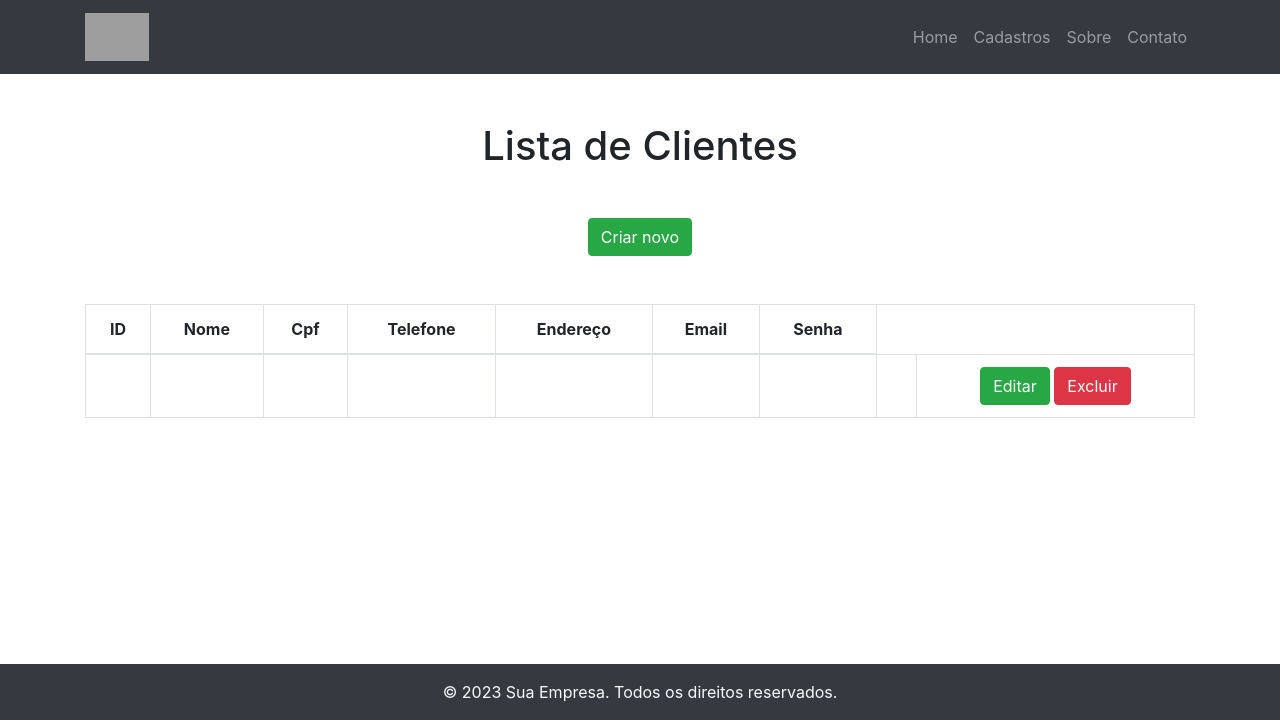
Repository: marcelledssantos/PotterTravel-MVC
Page: http://localhost/PotterTravel-MVC/ReadController
These files come from the project's save history. The page is drawn as it stood at one moment and after the next save; the edit follows.
The browser window is 1280 px wide. The pictures show the whole page.
Pictures or frames that could not be fetched are drawn as grey boxes. Some web libraries are served in a nearby version. The page is served by Tomcat 9. Other server files are loaded and not shown. Queries for data that is not in the repository find no rows.

Above is the page before, as saved 2023-10-31 21:02:24.

### PotterTravel-MVC/src/main/webapp/clientes.jsp
<%@ page language="java" contentType="text/html; charset=UTF-8"
	pageEncoding="UTF-8"%>

	<%@ taglib prefix="c" uri="http://java.sun.com/jsp/jstl/core"%>

<!DOCTYPE html>
<html>
<head>
<meta charset="UTF-8">
<title>Read and Delete</title>
<!-- Inclua o link para o Bootstrap via CDN -->
<link rel="icon" type="image/x-icon" href="./icon/favicon.ico">
<link rel="stylesheet"
	href="https://maxcdn.bootstrapcdn.com/bootstrap/4.5.2/css/bootstrap.min.css">
</head>
<body class="text-center">
    <!-- Cabeçalho -->
    <header>
        <nav class="navbar navbar-expand-lg navbar-dark bg-dark text-light">
            <div class="container">
                <a class="navbar-brand" href="#"><img src="./icon/samurai.png" height="48px"/> </a>
                <button class="navbar-toggler" type="button" data-toggle="collapse" data-target="#navbarNav" aria-controls="navbarNav" aria-expanded="false" aria-label="Toggle navigation">
                    <span class="navbar-toggler-icon"></span>
                </button>
                <div class="collapse navbar-collapse" id="navbarNav">
                    <ul class="navbar-nav ml-auto">
                        <li class="nav-item">
                            <a class="nav-link" href="./index.html">Home</a>
                        </li>
                        <li class="nav-item">
                            <a class="nav-link" href="./ReadController">Cadastros</a>
                        </li>
                        <li class="nav-item">
                            <a class="nav-link" href="#sobre">Sobre</a>
                        </li>
                        <li class="nav-item">
                            <a class="nav-link" href="#contato">Contato</a>
                        </li>
                    </ul>
                </div>
            </div>
        </nav>
    </header>
	<h1 class="mt-5">Lista de Clientes</h1>
	<div class="container mt-5">
	<a href="./Cadastro.jsp" class="btn btn-success mb-5">Criar novo</a>
		<table class="table table-bordered">
			<thead>
				<tr>
					<th>ID</th>
					<th>Nome</th>
					<th>Cpf</th>
					<th>Telefone</th>
					<th>Endereço</th>
					<th>Email</th>
					<th>Senha</th>
				</tr>
			</thead>
			<tbody>
				<jstl:forEach items="${clientes}" var="cliente">
					<tr>
						<td>${cliente.id}</td>
						<td>${cliente.nome}</td>
						<td>${cliente.cpf}</td>
						<td>${cliente.telefone}</td>
						<td>${cliente.endereco}</td>
						<td>${cliente.email}</td>
						<td>${cliente.senha}</td>
						<td>
							<td>
							<a href="UpdateController?id=${cliente.id}" class="btn btn-success">Editar</a>
							<a href="DeleteController?id=${cliente.id}"
							class="btn btn-danger">Excluir</a>
						</td>
						</td>
					</tr>
				</jstl:forEach>
			</tbody>
		</table>
	</div>
	 <!-- Rodapé -->
    <footer class="bg-dark text-light text-center py-3 fixed-bottom">
        &copy; 2023 Sua Empresa. Todos os direitos reservados.
    </footer>
	<!-- Inclua os scripts do Bootstrap via CDN -->
	<script src="https://code.jquery.com/jquery-3.5.1.slim.min.js"></script>
	<script
		src="https://cdn.jsdelivr.net/npm/@popperjs/core@2.5.3/dist/umd/popper.min.js"></script>
	<script
		src="https://maxcdn.bootstrapcdn.com/bootstrap/4.5.2/js/bootstrap.min.js"></script>

</body>
</html>

### PotterTravel-MVC/src/main/java/controller/ReadController.java
package controller;

import java.io.IOException;
import java.sql.SQLException;
import java.util.ArrayList;
import java.util.List;
import javax.servlet.RequestDispatcher;
import javax.servlet.ServletException;
import javax.servlet.annotation.WebServlet;
import javax.servlet.http.HttpServlet;
import javax.servlet.http.HttpServletRequest;
import javax.servlet.http.HttpServletResponse;

import dao.ClienteDAO;
import model.Cliente;

@WebServlet("/ReadController")
public class ReadController extends HttpServlet {
	private static final long serialVersionUID = 1L;

	protected void doGet(HttpServletRequest req, HttpServletResponse res)
			throws ServletException, IOException {
		try {
			ClienteDAO cDAO = new ClienteDAO();
			List<Cliente> clientes = cDAO.findClientes();
			req.setAttribute("clientes", clientes);

			RequestDispatcher rd = req.getRequestDispatcher("clientes.jsp");
			rd.forward(req, res);


		} catch (Exception e) {
			e.printStackTrace();
		}


	}

}

### PotterTravel-MVC/src/main/java/dao/ClienteDAO.java
package dao;

import java.sql.Connection;
import java.sql.PreparedStatement;
import java.sql.ResultSet;
import java.sql.SQLException;
import java.util.ArrayList;
import java.util.List;
import connectionDataBase.ConnectionDataBase;
import model.Cliente;
public class ClienteDAO {

	public void createCliente(Cliente cliente) {
		String sql = "INSERT INTO cliente(nome, cpf, telefone, endereco, email, senha)" + "VALUES(?,?,?,?,?,?)";

		Connection conn = null;
		PreparedStatement pstm = null;

		try {

			conn = ConnectionDataBase.createConnectionToMySQL();
			pstm = conn.prepareStatement(sql);

			pstm.setString(1, cliente.getNome());
			pstm.setString(2, cliente.getCpf());
			pstm.setString(3, cliente.getTelefone());
			pstm.setString(4, cliente.getEndereco());
			pstm.setString(5, cliente.getEmail());
			pstm.setString(6, cliente.getSenha());
			pstm.execute();

			System.out.println("Cliente criado com sucesso!");

		} catch (Exception e) {
			e.printStackTrace();
		}
	}

	public Cliente findCliente(int id) {
		Cliente cliente = null;
	  String sql = "SELECT * FROM Cliente WHERE id=?";

			Connection conn = null;
			PreparedStatement pstm = null;

			ResultSet rset = null;

			try {
				try {
					conn = ConnectionDataBase.createConnectionToMySQL();
					pstm = conn.prepareStatement(sql);
					rset = pstm.executeQuery();

				while (rset.next()) {
					cliente = new Cliente();
					cliente.setId(rset.getInt("id"));
					cliente.setNome(rset.getString("nome"));
					cliente.setCpf(rset.getString("cpf"));
					cliente.setTelefone(rset.getString("telefone"));
					cliente.setEndereco(rset.getString("endereco"));
					cliente.setEmail(rset.getString("email"));
					cliente.setSenha(rset.getString("senha"));
				}

			} catch (Exception e) {
				e.printStackTrace();
			} finally {
				try {
					if (rset != null) {
						rset.close();
					}
					if (pstm != null) {
						pstm.close();
					}
					if (conn != null) {
						conn.close();
					}
				} catch (Exception e) {
					e.printStackTrace();
				}
			}
			} finally {

			}
			return cliente;

		}
	public List<Cliente> findClientes() {
		String sql = "SELECT * FROM Cliente";
		List<Cliente> clientes = new ArrayList<Cliente>();

		Connection conn = null;
		PreparedStatement pstm = null;

		ResultSet rset = null;

		try {
			conn = ConnectionDataBase.createConnectionToMySQL();
			pstm = conn.prepareStatement(sql);
			rset = pstm.executeQuery();

			while (rset.next()) {
				Cliente cliente = new Cliente();

				cliente.setId(rset.getInt("id"));
				cliente.setNome(rset.getString("nome"));
				cliente.setCpf(rset.getString("cpf"));
				cliente.setTelefone(rset.getString("telefone"));
				cliente.setEndereco(rset.getString("endereco"));
				cliente.setEmail(rset.getString("email"));
				cliente.setSenha(rset.getString("senha"));
				clientes.add(cliente);
			}
		} catch (Exception e) {
			e.printStackTrace();

		} finally {
			try {
				if (rset != null) {
					rset.close();
				}
				if (pstm != null) {
					pstm.close();
				}
				if (conn != null) {
					conn.close();
				}
			} catch (Exception e) {
				e.printStackTrace();
			}
		}
		return clientes;
	}
	}

### PotterTravel-MVC/src/main/java/connectionDataBase/ConnectionDataBase.java
package connectionDataBase;

import java.sql.Connection;
import java.sql.DriverManager;

public class ConnectionDataBase {

	private static final String USERNAME = "root";

	private static final String PASSWORD = "Dorgas100!";

	private static final String DATABASE_URL =
			"jdbc:mysql://localhost:3306/agencia_viagem";

	public static Connection createConnectionToMySQL() throws Exception{
		Class.forName("com.mysql.cj.jdbc.Driver");

		Connection connection =
	DriverManager.getConnection(DATABASE_URL,USERNAME,PASSWORD);
		return connection;
	}
	public static void main(String[] args) throws Exception{
		Connection con = createConnectionToMySQL();
		if(con !=null) {
			System.out.println("Conexão obtida com sucesso" + con);

		}
	}
}

After the next save:
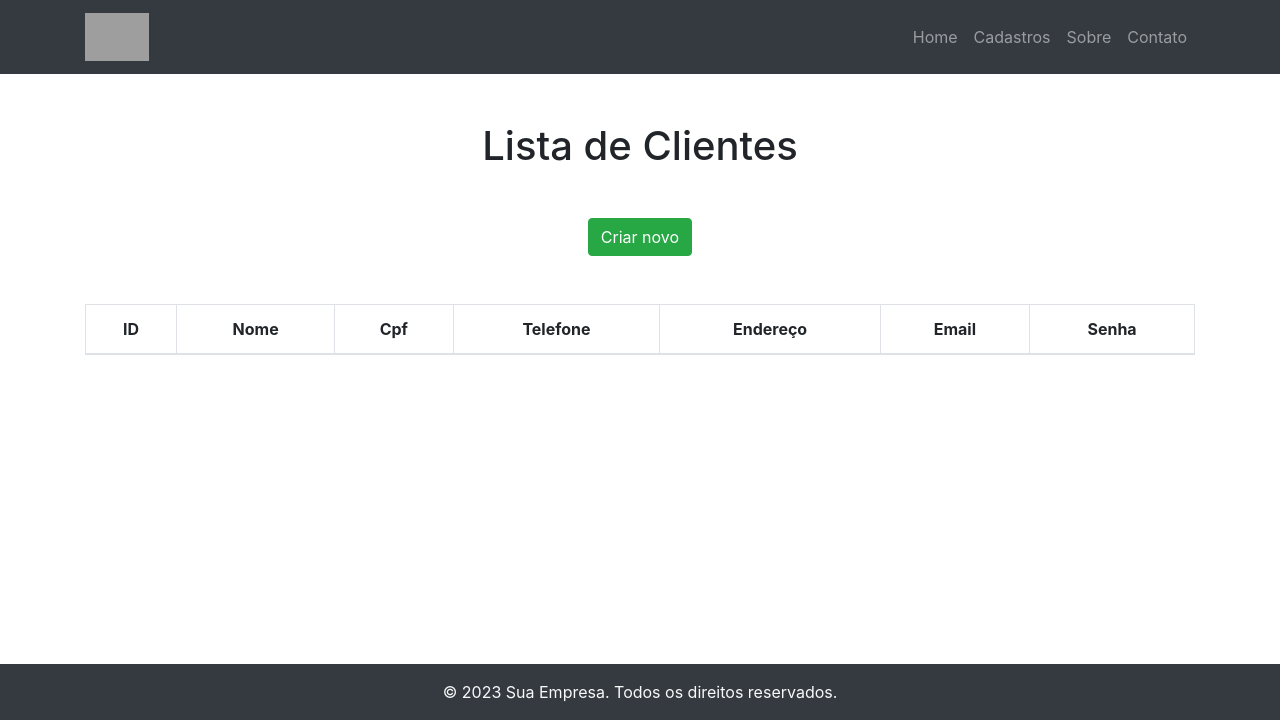
Saved 9 min 34 s later.
--- a/PotterTravel-MVC/src/main/webapp/clientes.jsp
+++ b/PotterTravel-MVC/src/main/webapp/clientes.jsp
@@ -57,7 +57,7 @@
 				</tr>
 			</thead>
 			<tbody>
-				<jstl:forEach items="${clientes}" var="cliente">
+				<c:forEach items="${clientes}" var="cliente">
 					<tr>
 						<td>${cliente.id}</td>
 						<td>${cliente.nome}</td>
@@ -74,7 +74,7 @@
 						</td>
 						</td>
 					</tr>
-				</jstl:forEach>
+				</c:forEach>
 			</tbody>
 		</table>
 	</div>
